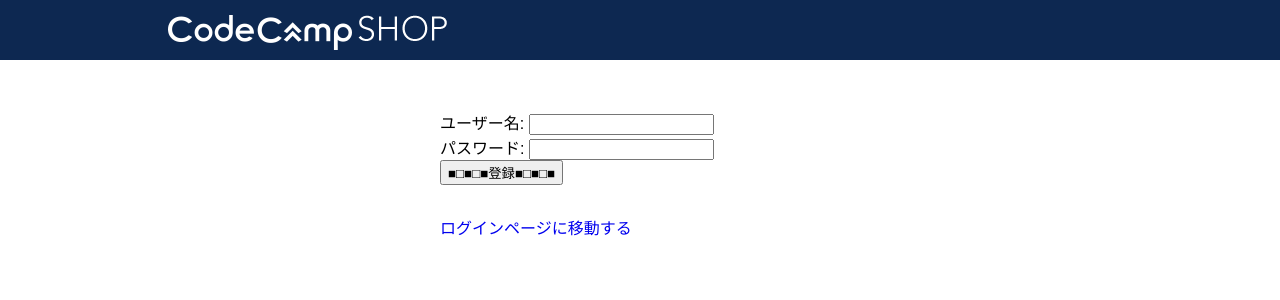
Repository: tppei/PHP
Page: http://localhost/ECinclude/ec_user_view.php
The author's editor kept a record of every edit. The page is drawn from the files as they stood at one moment, then again after the next edit.
The browser window is 1280 px wide. The pictures show the whole page.
The pointer rests on the first visible `a`.
The page is run by PHP 8.4 with error messages shown; the project is at /var/www/html/.

Above is the page before.
Not found: ECinclude/css/image/cart_hover.png

After the next edit:
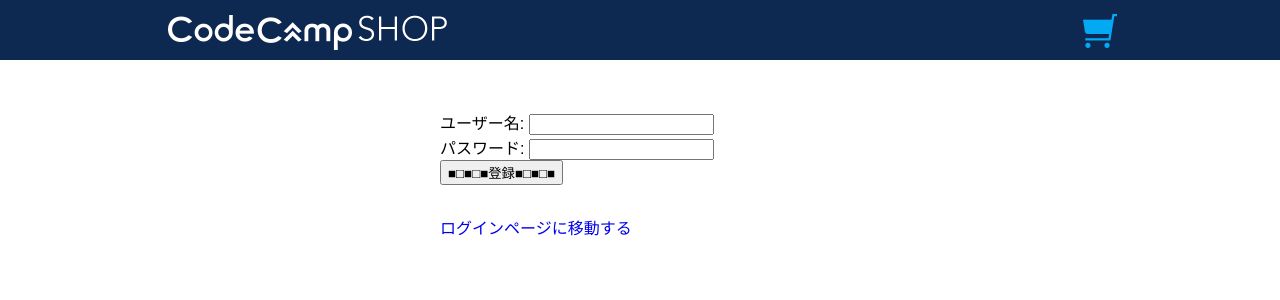
The edit:
--- a/htdocs/php25/css/common.css
+++ b/htdocs/php25/css/common.css
@@ -64,7 +64,7 @@
 }
 
 a:hover.cart {
-  background: url("./image/cart_hover.png") no-repeat;
+  background: url("../image/cart_hover.png") no-repeat;
 }
 
 a:active.cart {
